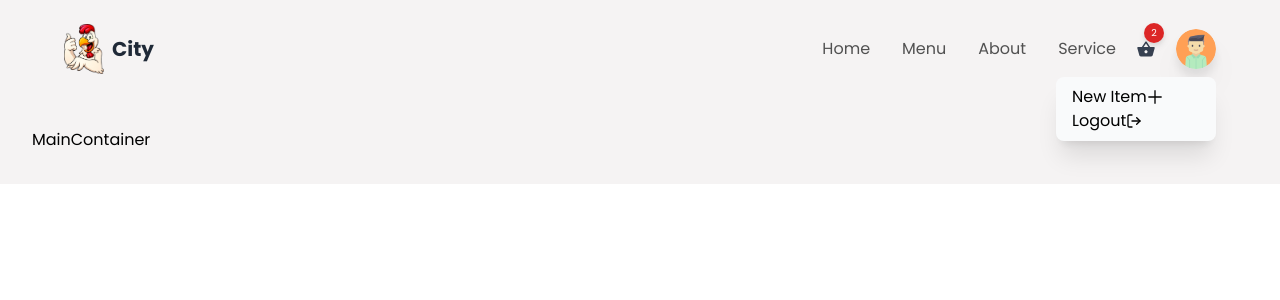
Repository: shikubro90/foodApp
Page: /
The author's editor kept a copy of each file at every save. The page is drawn from the files as they stood at one save, then again after a run of saves.
The browser window is 1280 px wide. The pictures show the whole page.
The project was rebuilt for these pictures with package versions that can differ from the ones it lists, and the page was loaded fresh each time. Also part of the build but not shown: src/Components/CreateContainer.jsx.

Above is the page before, as saved 2022-09-21 19:29:36.

### src/index.js
import React from 'react'
import ReactDOM from 'react-dom/client'
import './index.css'
import App from './App'

import {BrowserRouter} from 'react-router-dom'

import {StateProvider} from './context/StateProvider'
import {initialState} from './context/InitialState'
import reducer from './context/reducer'

const root = ReactDOM.createRoot(document.getElementById('root'));
root.render(
  <React.StrictMode>
    <BrowserRouter>
      <StateProvider initialState={initialState} reducer={reducer}>
        <App />
      </StateProvider>
    </BrowserRouter>
  </React.StrictMode>
);

### src/index.css
@import url(https://fonts.googleapis.com/css?family=Poppins:100,100italic,200,200italic,300,300italic,regular,italic,500,500italic,600,600italic,700,700italic,800,800italic,900,900italic);

*{
    margin: 0;
    padding: 0;
    box-sizing: border-box;
}
body{
    font-family: "Poppins", sans-serif, system-ui, -apple-system, BlinkMacSystemFont, 'Segoe UI', Roboto, Oxygen, Ubuntu, Cantarell, 'Open Sans', 'Helvetica Neue', sans-serif;
}

html, body{
    scroll-behavior: smooth;
}

@tailwind base;
@tailwind components;
@tailwind utilities;

@layer components {
    .newDishCard {
      @apply w-225 h-auto p-4 rounded-2xl shadow-2xl duration-100 ease-in-out bg-cardColor backdrop-blur-md hover:shadow-none hover:bg-gradient-to-bl from-emerald-400 to-emerald-700 flex flex-col items-center justify-center relative;
    }
  }

### src/App.js
import React from 'react'
import { Header, CreateContainer, MainContainer } from './Components'
import {Route, Routes} from 'react-router-dom'
import {AnimatePresence} from 'framer-motion'

const App = () => {
  return (
    <AnimatePresence>
      <div className="w-screen h-auto flex flex-col bg-primary ">
          <Header/>
          <main className='mt-24 p-8 w-full'>
            <Routes>
              <Route path='/' element={<MainContainer/>}/>
              <Route path='create' element={<CreateContainer/>}/>
            </Routes>
          </main>
      </div>
    </AnimatePresence>
  )
}

export default App

### src/context/InitialState.js
import { fetchUser } from "../utils/localStorageData"

const userInfo = fetchUser()

export const initialState = {
    user: userInfo,


}

### src/context/reducer.js
export const actionType = {
    SET_USER : "SET_USER"
};

const reducer = (state, action) =>{
    switch (action.type) {
        case actionType.SET_USER:
          return {
            ...state,
            user: action.user,
          };
        default :
        return state;
    }
}

export default reducer;

### src/Components/index.js
export {default as Header} from './Header'
export {default as MainContainer} from './MainContainer'
export {default as CreateContainer} from './CreateContainer'

### src/utils/localStorageData.js
export const fetchUser =()=>{
    const userInfo = localStorage.getItem("user") !== "undefined" ?
    JSON.parse(localStorage.getItem("user")): localStorage.clear();

    return userInfo
}

### src/Components/Header.jsx
import logo from '../img/logo.png'
import { IoMdBasket } from 'react-icons/io'
import {GrAdd} from 'react-icons/gr'
import {FiLogOut} from 'react-icons/fi'
import Avatar from '../img/avatar.png'
import { motion } from 'framer-motion'
import { Link, NavLink } from 'react-router-dom'

// firebase auth
import { getAuth, GoogleAuthProvider, signInWithPopup } from 'firebase/auth'

// get app from firebase.config.js file
import { app } from '../Firebase.config'
import { useStateValue } from '../context/StateProvider'
import { actionType } from '../context/reducer'


const Header = () => {

  const firebaseAuth = getAuth(app)
  const provider = new GoogleAuthProvider()
  const [{ user }, dispatch] = useStateValue();


  const login = async () => {
    if (!user){
      const {
        user: {refreshToken, providerData }
      } = await signInWithPopup(firebaseAuth, provider)
      dispatch({
        type: actionType.SET_USER,
        user: providerData[0],
      })
      localStorage.setItem("user", JSON.stringify(providerData[0]))
    }
  }


  return (
    <div className="fixed z-50 w-screen p-3 px-4 md:p-6 md:px-16 bg-primary">
      {/* Desktop & Tablet */}
      <div className="hidden md:flex w-full h-full items-center justify-between">
        <NavLink to={'/'}>
          <motion.div
            whileTap={{ scale: 0.6 }}
            className="flex items-center gap-2"
          >
            <img src={logo} alt="logo" className="w-10 object-cover" />
            <p className="text-gray-800 text-xl font-bold">City</p>
          </motion.div>
        </NavLink>

        <div className="flex justify-center items-center">
          <ul className="flex items-center justify-center gap-8 ml-auto">
            <li className="text-base text-textColor cursor-pointer hover:text-gray-600 duration-100 ease-in-out">
              Home
            </li>
            <li className="text-base text-textColor cursor-pointer hover:text-gray-600 duration-100 ease-in-out">
              Menu
            </li>
            <li className="text-base text-textColor cursor-pointer hover:text-gray-600 duration-100 ease-in-out">
              About
            </li>
            <li className="text-base text-textColor cursor-pointer hover:text-gray-600 duration-100 ease-in-out">
              Service
            </li>
          </ul>

          <div className="relative flex items-center justify-center ml-5 cursor-pointer">

            <motion.div whileTap={{ scale: 0.6 }}>
              <IoMdBasket className="text-xl text-gray-700" />
              <motion.span
                whileHover={{ scale: 1.1 }}
                className="drop-shadow-md rounded-full w-5 h-5 bg-cart bg-car bg-red-600 flex justify-center items-center text-[.6rem] text-white -top-4 -right-2 absolute"
              >
                2
              </motion.span>
            </motion.div>

          </div>

          <div className="relative">

            <motion.img
              whileTap={{ scale: 0.6 }}
              src={user ? user.photoURL : Avatar}
              alt=""
              className="w-6 h-6 min-w-[40px] min-h-[40px] ml-5 cursor-pointer drop-shadow-xl rounded-full"
              onClick={login}
            />
            <div className='w-40 shadow-xl absolute bg-gray-50 right-0 top-12 rounded-lg flex flex-col px-4 py-2'>
              <p className='flex items-center'>New Item <GrAdd/></p>
              <p className='flex items-center'>Logout <FiLogOut/></p>
            </div>

          </div>
        </div>
      </div>

      {/* Mobile */}
      <div className="flex md:hidden w-full h-full bg-blue-400">Mobile</div>
    </div>
  )
}

export default Header

### src/Firebase.config.js
import {getApp, getApps, initializeApp} from "firebase/app"
import {getFirestore} from "firebase/firestore"
import {getStorage} from "firebase/storage"

const firebaseConfig = {
    apiKey: "AIzaSyAGBeUhrzzT-68kroIN5G62mBqU-b-5so0",
    authDomain: "foodapp-6e162.firebaseapp.com",
    databaseURL: "https://foodapp-6e162-default-rtdb.firebaseio.com",
    projectId: "foodapp-6e162",
    storageBucket: "foodapp-6e162.appspot.com",
    messagingSenderId: "875229452645",
    appId: "1:875229452645:web:13552ebbe293467d7f698c"
  };

const app = getApps.length>0? getApp() : initializeApp(firebaseConfig);
const fireStore = getFirestore(app)
const storage = getStorage(app)

export {app, fireStore, storage}

### tailwind.config.js
/** @type {import('tailwindcss').Config} */
module.exports = {
  content: ['./src/**/*.{js,jsx,ts,tsx}'],
  theme: {
    extend: {
      width: {
        150: "150px",
        190: "190px",
        225: "225px",
        275: "275px",
        300: "300px",
        340: "340px",
        350: "350px",
        375: "375px",
        460: "460px",
        656: "656px",
        880: "880px",
        508: "508px",
      },
      height: {
        80: "80px",
        150: "150px",
        225: "225px",
        300: "300px",
        340: "340px",
        370: "370px",
        420: "420px",
        510: "510px",
        600: "600px",
        650: "650px",
        685: "685px",
        800: "800px",
        "90vh": "90vh",
      },
      minWidth: {
        210: "210px",
        350: "350px",
        620: "620px",
      },
      screens: {
        sm: "640px",
        md: "768px",
        lg: "1024px",
        xl: "1280px",
        "2xl": "1536px",
      },
      colors: {
        headingColor: "#2e2e2e",
        textColor: "#515151",
        cartNumBg: "#e80013",
        primary: "#f5f3f3",
        cardOverlay: "rgba(256,256,256,0.4)",
        lighttextGray: "#9ca0ab",
        card: "rgba(256,256,256,0.8)",
        cartBg: "#282a2c",
        cartItem: "#2e3033",
        cartTotal: "#343739",
      },
    },
  },
  plugins: [],
}

Loaded but not shown: src/context/StateProvider.js (common file); src/Components/MainContainer.jsx (common file)

After the next 3 saves:
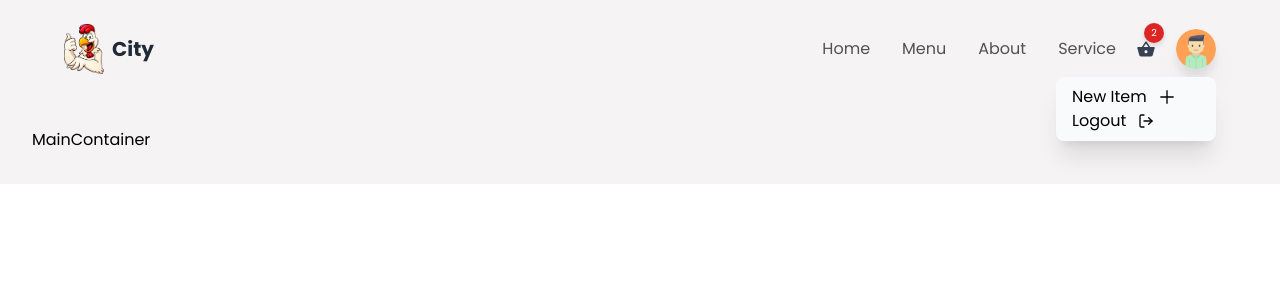
The 3 saves are shown as one change because they came seconds apart.
The last was saved 8 s later.
--- a/src/Components/Header.jsx
+++ b/src/Components/Header.jsx
@@ -90,8 +90,8 @@ const Header = () => {
               onClick={login}
             />
             <div className='w-40 shadow-xl absolute bg-gray-50 right-0 top-12 rounded-lg flex flex-col px-4 py-2'>
-              <p className='flex items-center'>New Item <GrAdd/></p>
-              <p className='flex items-center'>Logout <FiLogOut/></p>
+              <p className='flex items-center gap-3'>New Item <GrAdd/></p>
+              <p className='flex items-center gap-3'>Logout <FiLogOut/></p>
             </div>
 
           </div>
